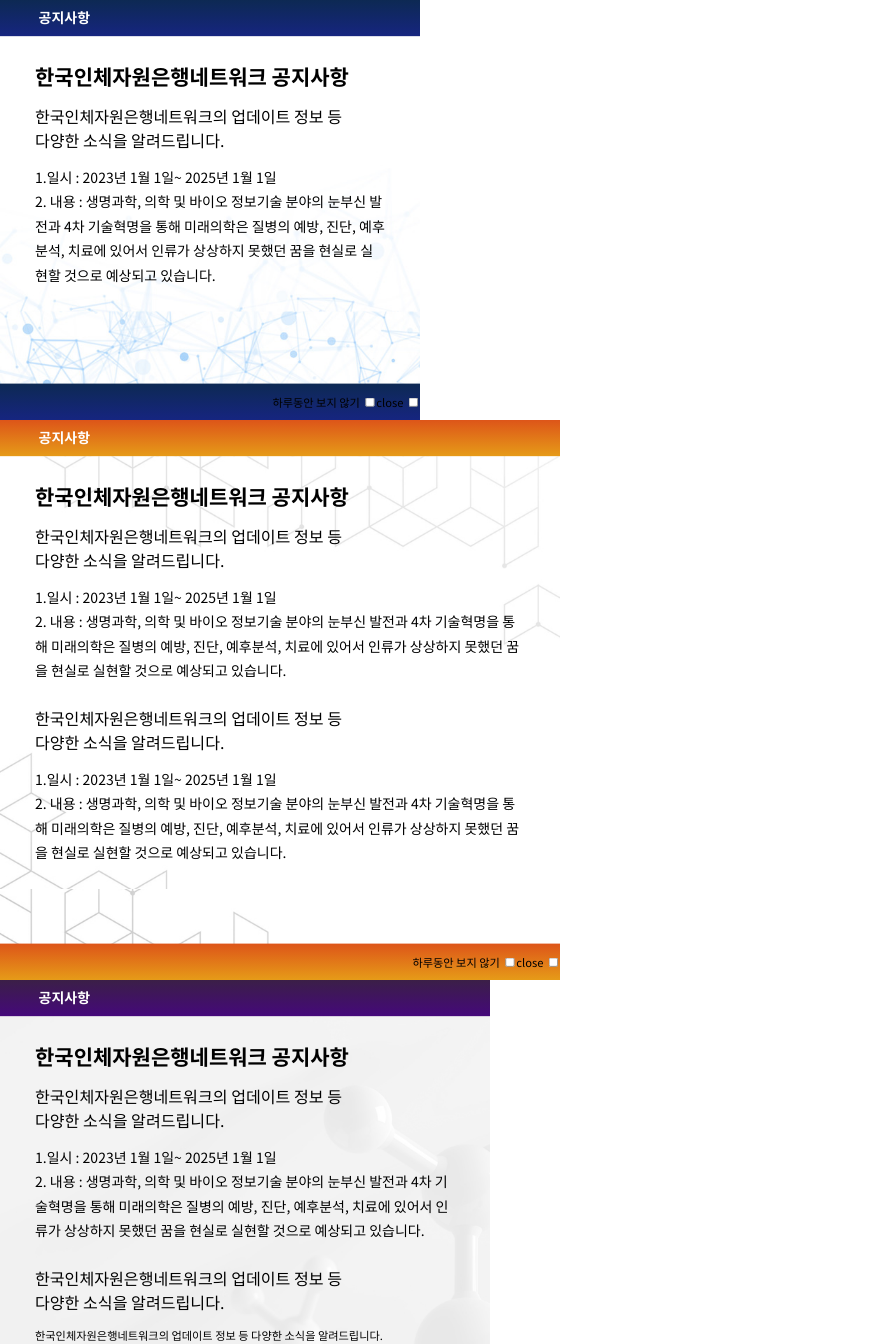
Repository: dlgywls1130/common_popup
Page: index.html
The author's editor kept a copy of each file at every save. The page is drawn from the files as they stood at one save, then again after the next save.
The browser window is 1280 px wide. The pictures show the part of the page from y = 0 to 1920 px (the page is 2600 px tall), at 70% of full size.

Above is the page before, as saved 2023-10-26 00:02:14.

After the next save:
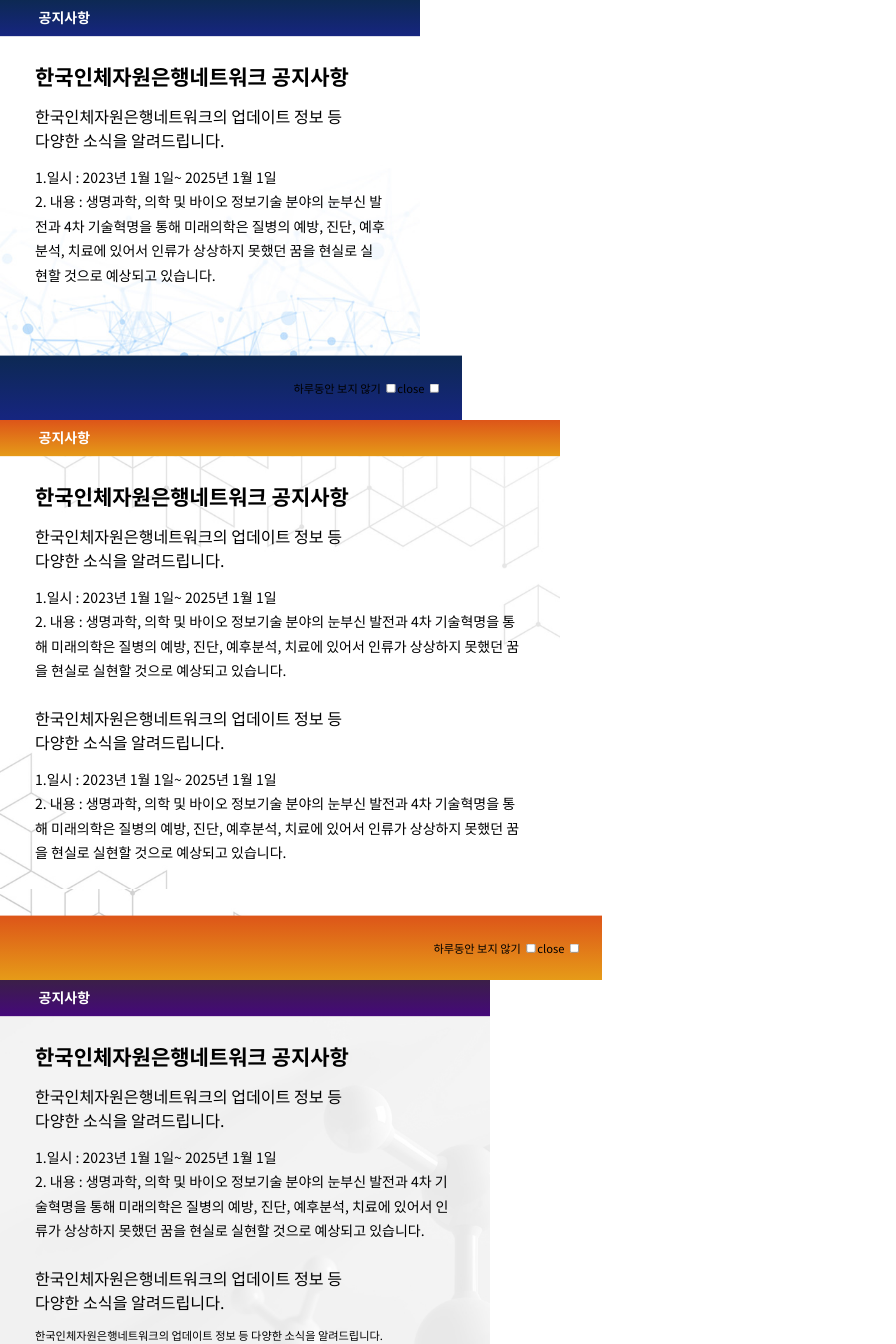
Saved 28 s later.
--- a/style.css
+++ b/style.css
@@ -113,6 +113,7 @@ time, mark, audio, video {
     display: flex;
     align-items: center;
     justify-content: flex-end;
+    padding: 20px 30px;
 }
 
 .common_modal.blue .common_head,
